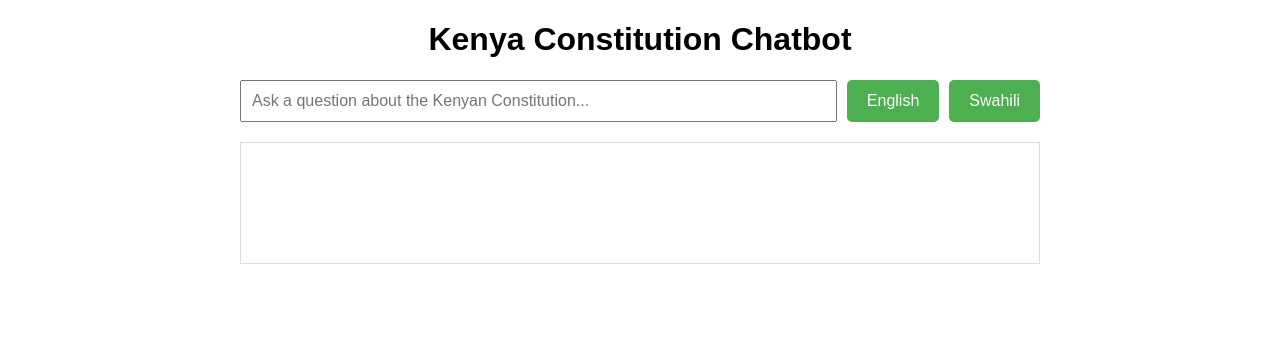
Repository: poip-boop/Bilingual-RAG-Chatbot-on-Constitution-of-Kenya
Page: index.html
The author's editor kept a copy of each file at every save. The page is drawn from the files as they stood at one save, then again after the next save.
The browser window is 1280 px wide. The pictures show the whole page.

Above is the page before, as saved 2025-04-25 13:16:09.

After the next save:
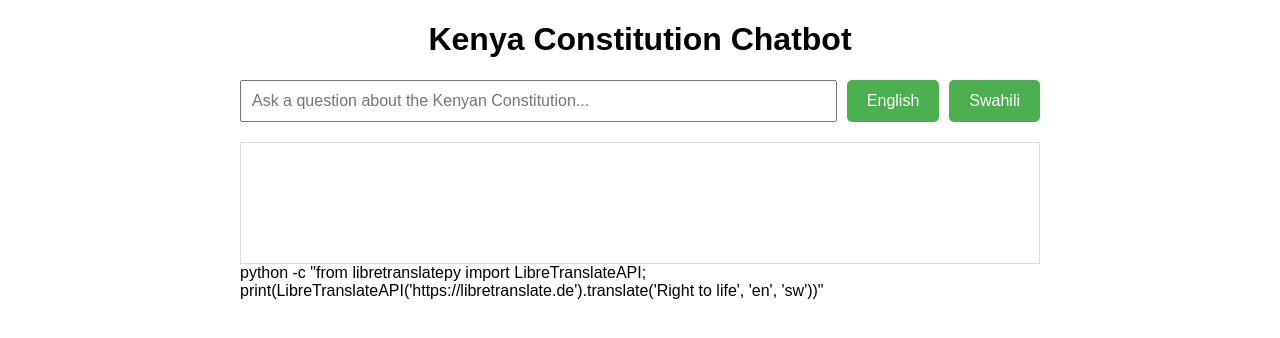
Saved 19 min 21 s later.
--- a/index.html
+++ b/index.html
@@ -98,4 +98,4 @@
         });
     </script>
 </body>
-</html>
+python -c "from libretranslatepy import LibreTranslateAPI; print(LibreTranslateAPI('https://libretranslate.de').translate('Right to life', 'en', 'sw'))"
